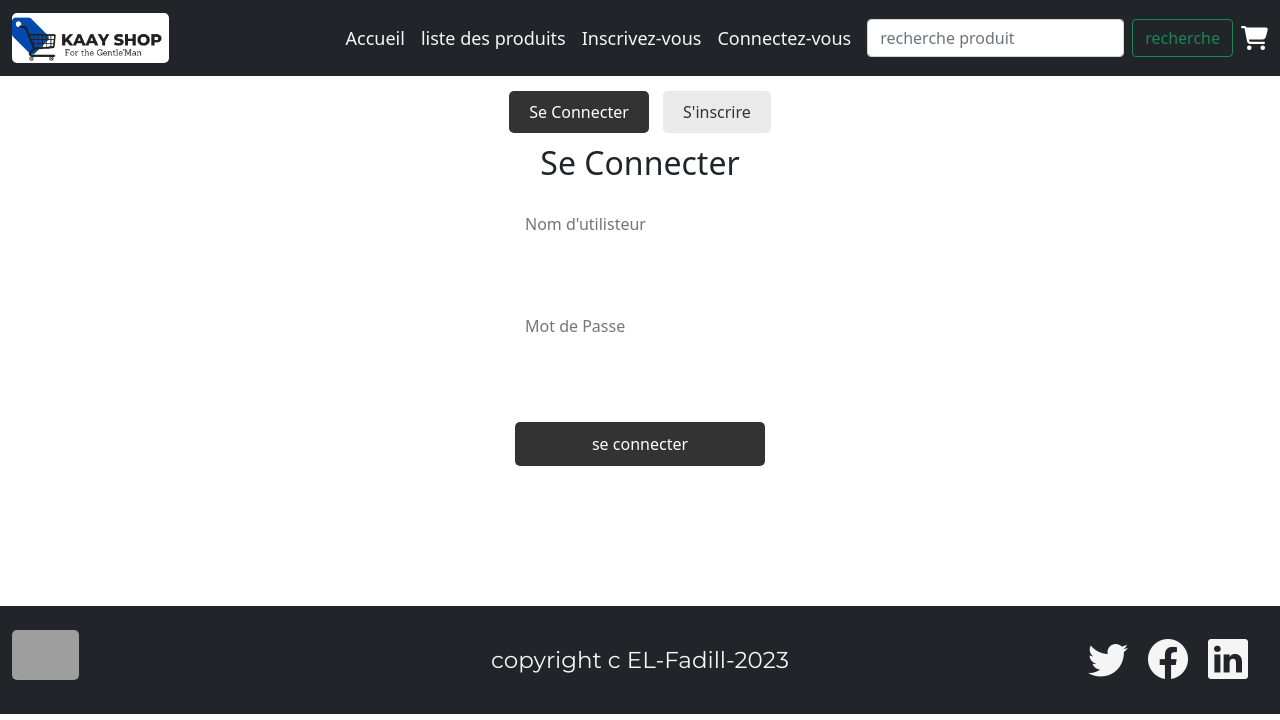
Repository: wadelfadill/Mini_projet_bootstrap_Site_vente_online
Page: registration.html
These files come from the project's save history. The page is drawn as it stood at one moment and after the next save; the edit follows.
The browser window is 1280 px wide. The pictures show the whole page.
Pictures or frames that could not be fetched are drawn as grey boxes. Some web libraries are served in a nearby version.

Above is the page before, as saved 2023-05-19 10:00:29.

After the next save:
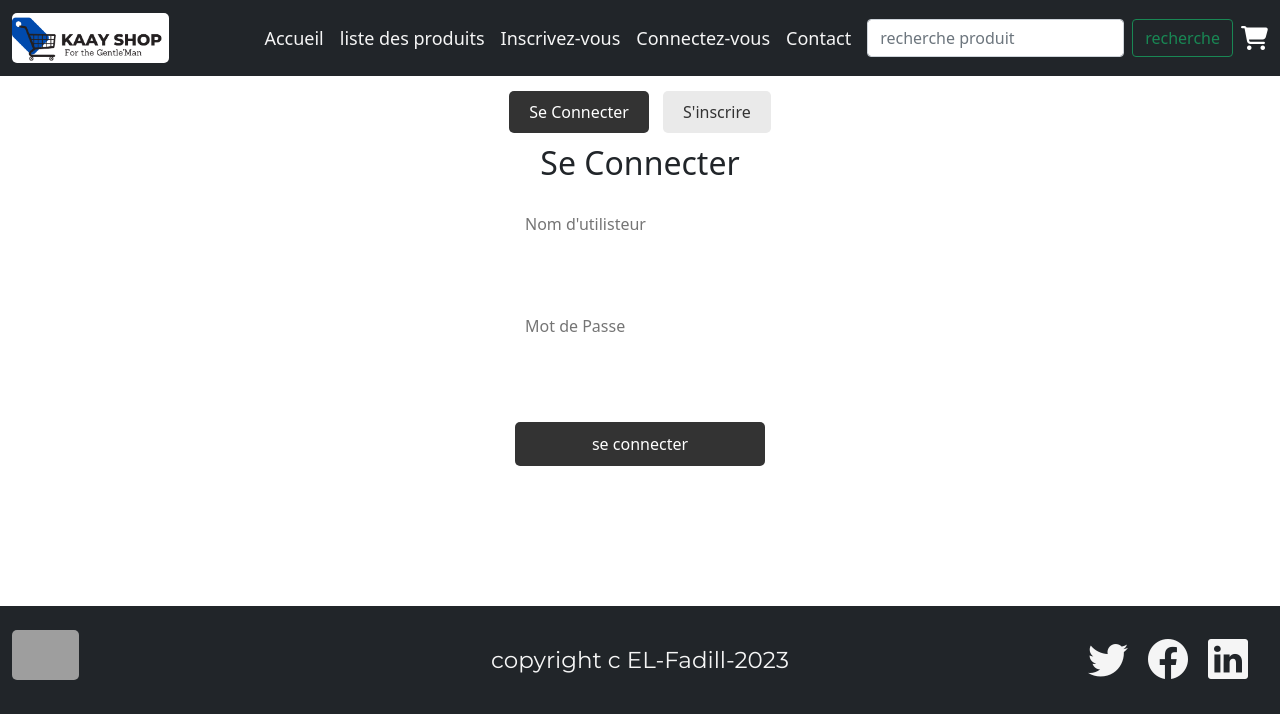
Saved 12 s later.
--- a/registration.html
+++ b/registration.html
@@ -45,6 +45,9 @@
                   </li>
                   <li class="nav-item">
                     <a class="nav-link" href="registration.html">Connectez-vous</a>
+                  </li>
+                  <li class="nav-item">
+                    <a class="nav-link" href="contact.html">Contact</a>
                   </li>
                 </ul>
                 <form class="d-flex">
